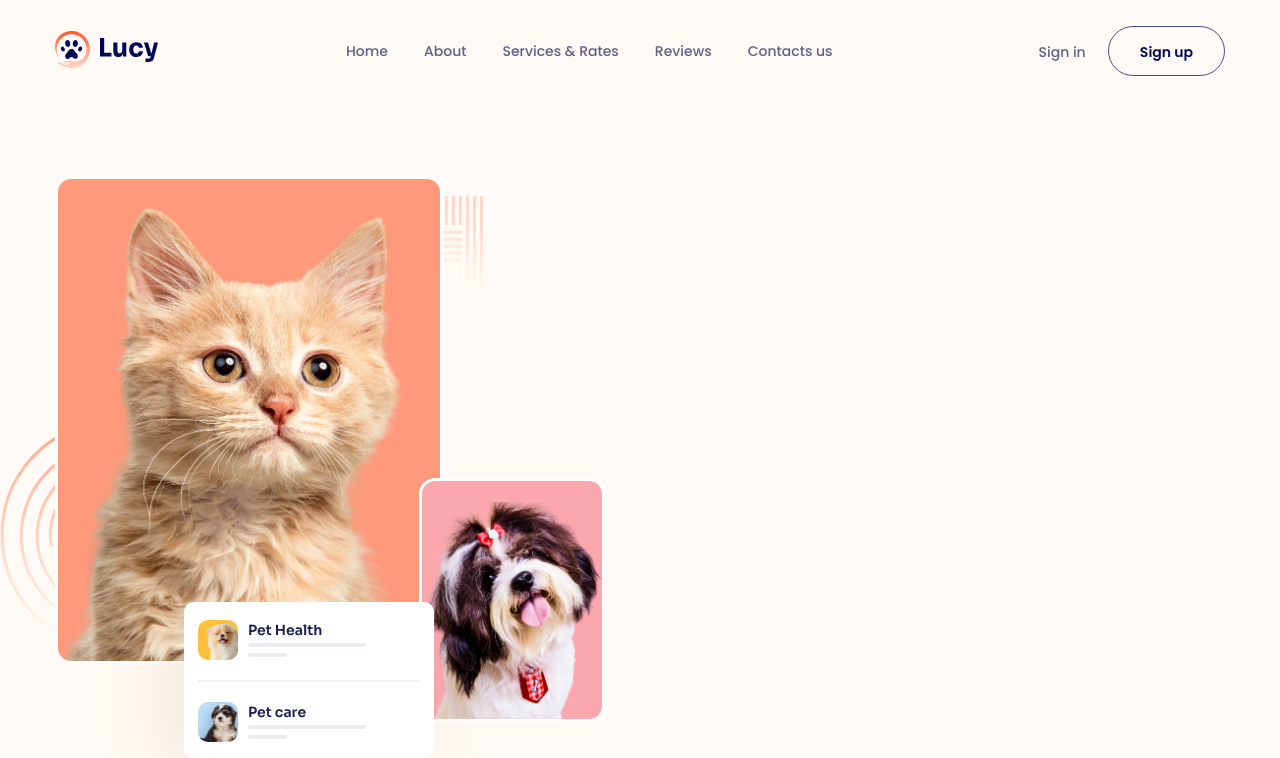
Repository: empty24062002/f8-project-05
Page: index.html
An editor plug-in stored every save of this project. The page is shown before and after the next save, followed by the edit.
The browser window is 1280 px wide. The pictures show the whole page.

Above is the page before, as saved 2023-09-09 18:04:34.

After the next save:
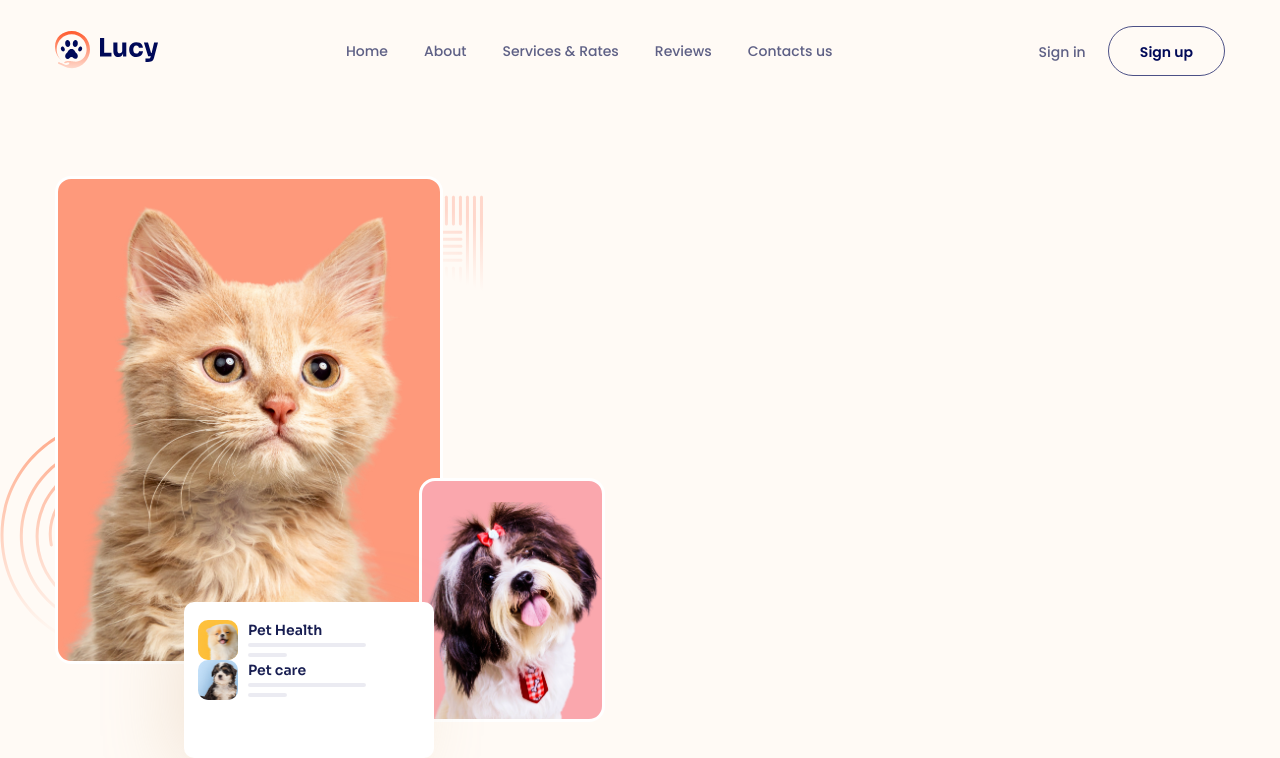
Saved 43 s later.
--- a/index.html
+++ b/index.html
@@ -182,7 +182,7 @@
                                 </div>
                             </section>
 
-                            <div class="hero-list-item__separate"></div>
+                            <di class="hero-list-item__separate"></di>
                             <!-- hero list item 2 -->
                             <section class="hero-list-item">
                                 <img src="./assets/img/hero__img4.png" alt="" class="hero-list-item__thump">
@@ -194,10 +194,8 @@
                             </section>
                         </div>
                     </div>
-                        <!-- hero content -->
-                        <section class="hero__content"></section>
-                    </div>
-                    </div>
+                </div>
+                </div>
             </div>
         </section>
     </body>
